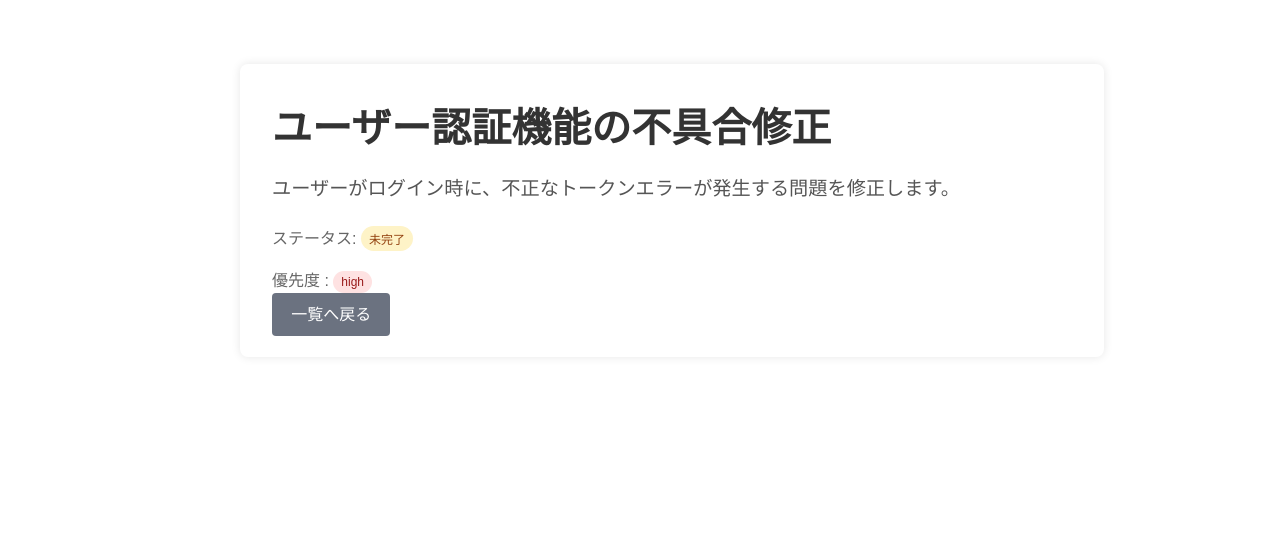
Repository: s1ros75/react-task-app
Page: /tasks/1
The author's editor kept a copy of each file at every save. The page is drawn from the files as they stood at one save, then again after the next save.
The browser window is 1280 px wide. The pictures show the whole page.
The project was rebuilt for these pictures with package versions that can differ from the ones it lists, and the page was loaded fresh each time. Also part of the build but not shown: vite.config.ts, src/styles/home.module.css, src/pages/home/index.tsx, src/features/tasks/hooks/getTasks.ts, src/features/tasks/styles/taskCard.module.css, src/features/tasks/components/TaskCard.tsx, src/features/tasks/styles/TaskListContainer.module.css, src/features/tasks/containers/TaskListContainer.tsx and 1 more.

Above is the page before, as saved 2026-01-17 21:44:17.

After the next save:
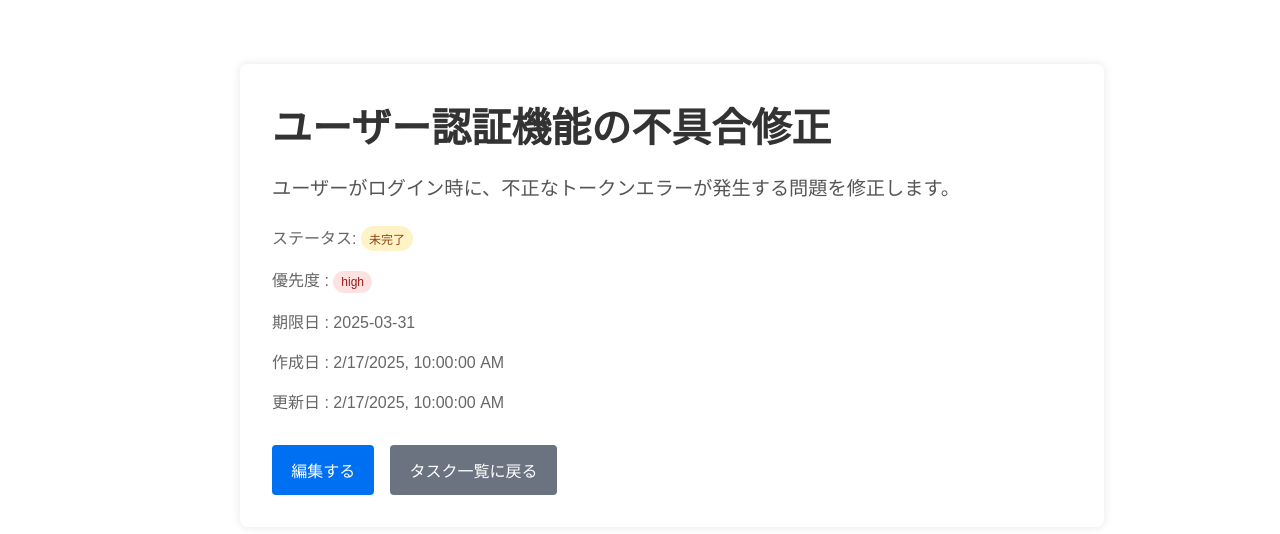
Saved 108 s later.
--- a/src/features/tasks/components/TaskDetail.tsx
+++ b/src/features/tasks/components/TaskDetail.tsx
@@ -1,14 +1,32 @@
 import { Link } from "react-router-dom";
 import styles from "../styles/taskDetail.module.css";
-import { getPriorityClass } from "../utils/priority";
-import { getStatusLabel } from "../utils/status-label";
-import type { Task } from "../../../types/task";
+import { Priority, Task } from "../../../types/task";
 
+// Props の型定義：親コンポーネントから受け取る task は Task 型であることを明示
 type Props = {
   task: Task;
 };
 
 export default function TaskDetail({ task }: Props) {
+  // 優先度に応じたスタイルを返す関数
+  const getPriorityClass = (priority: Priority): string => {
+    switch (priority.toLowerCase()) {
+      case "high":
+        return styles.highPriority;
+      case "medium":
+        return styles.mediumPriority;
+      case "low":
+        return styles.lowPriority;
+      default:
+        return styles.defaultPriority;
+    }
+  };
+
+  // ステータスのラベルを返す関数
+  const getStatusLabel = (status: boolean): string => {
+    return status ? "完了" : "未完了";
+  };
+
   return (
     <div className={styles.container}>
       <h1 className={styles.title}>{task.title}</h1>
@@ -19,15 +37,20 @@ export default function TaskDetail({ task }: Props) {
           {getStatusLabel(task.status)}
         </span>
       </p>
-
       <p className={styles.info}>
-        優先度 : <span className={`${styles.badge} ${getPriorityClass(task.priority, styles)}`}>{task.priority}</span>
+        優先度 : <span className={`${styles.badge} ${getPriorityClass(task.priority)}`}>{task.priority}</span>
       </p>
-
-      {/* 戻るリンクの例 */}
-      <Link to="/" className={styles.backLink}>
-        一覧へ戻る
-      </Link>
-    </div> // 1. ここで div を閉じる
-  ); // 2. ここで return を閉じる
-} // 3. ここで TaskDetail 関数を閉じる
+      <p className={styles.info}>期限日 : {task.dueDate}</p>
+      <p className={styles.info}>作成日 : {new Date(task.createdAt).toLocaleString()}</p>
+      <p className={styles.info}>更新日 : {new Date(task.updatedAt).toLocaleString()}</p>
+      <div className={styles.links}>
+        <Link to={`/tasks/${task.id}/edit`} className={styles.editLink}>
+          編集する {/* ※ このページは後ほど作成します */}
+        </Link>
+        <Link to="/tasks" className={styles.backLink}>
+          タスク一覧に戻る
+        </Link>
+      </div>
+    </div>
+  );
+}
